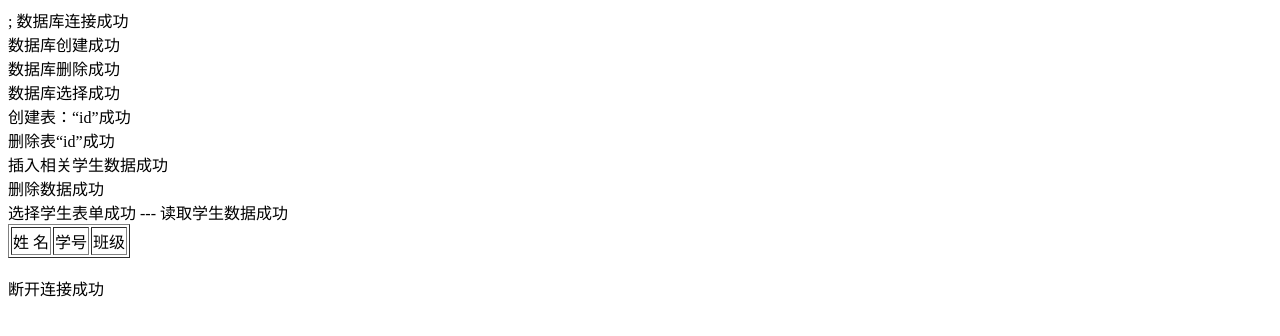
Repository: ZxxWs/P_M_learn
Page: http://localhost/
These files come from the project's save history. The page is drawn as it stood at one moment and after the next save; the edit follows.
The browser window is 1280 px wide. The pictures show the whole page.
The page is run by PHP 8.4 with error messages shown; the project is at /var/www/html/. Queries for data that is not in the repository find no rows.

Above is the page before, as saved 2019-03-19 11:57:27.

After the next save:
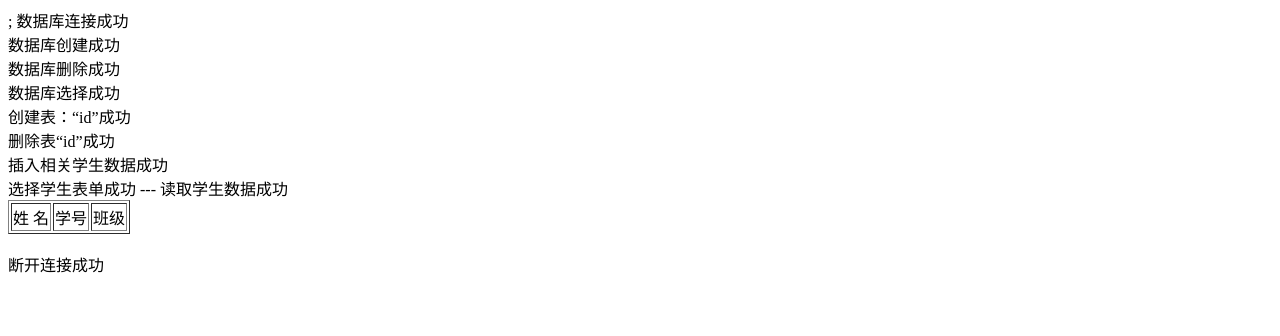
Saved 61 s later.
--- a/Mysql_learn/index.php
+++ b/Mysql_learn/index.php
@@ -85,12 +85,6 @@ if($into)
     echo "<br/>";
 
 
-//***********************
-//在表中删除数据
-$deletedata="delete from students where num=1707004101";
-$deleteend=mysqli_query($conn,$deletedata);
-if($deleteend)
-    echo "删除数据成功<br/>";
 
 
 //***********************************************************
